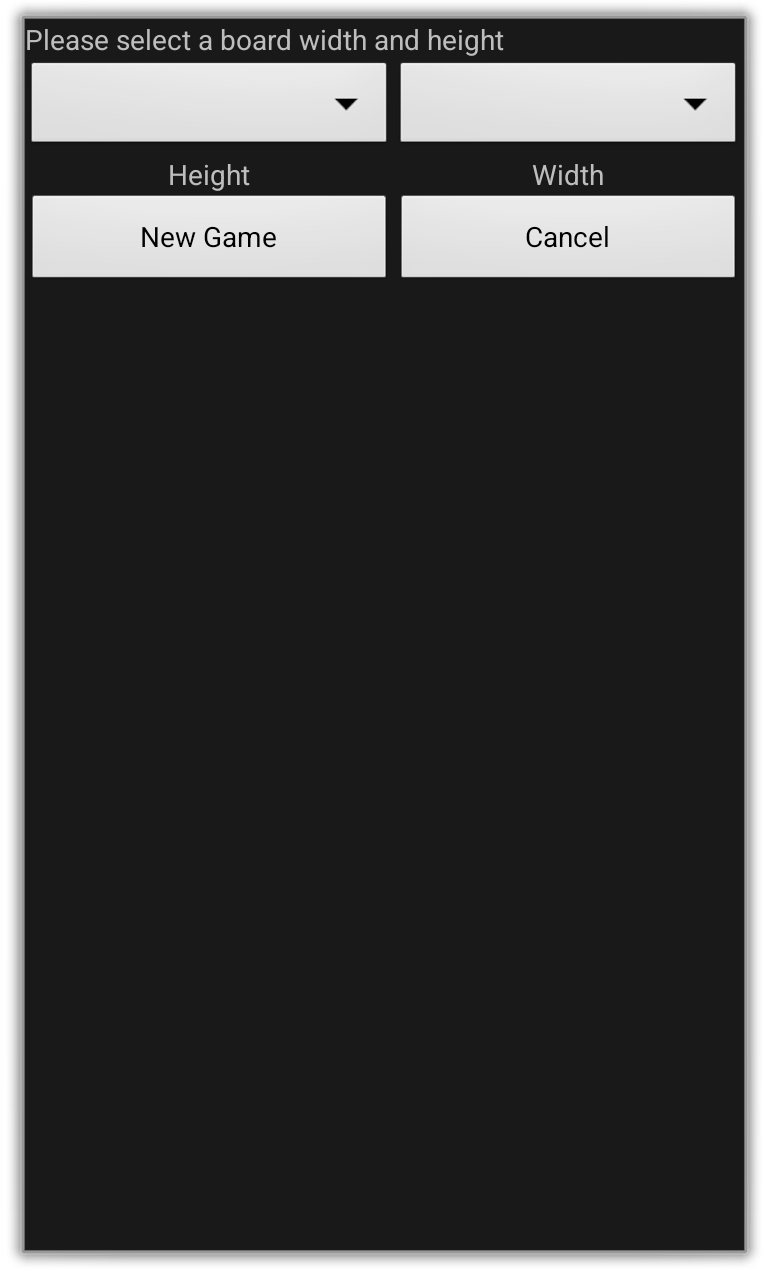
Repository: rickydalziel/project
Layout: Numbersorter/res/layout/new_game_dialog.xml
An editor plug-in stored every save of this project. The layout is shown before and after the next save, followed by the edit.
It is drawn on a 768 x 1280 px phone screen (xhdpi) without system bars, with theme android:Theme.Dialog; the app's code is not run.

Above is the layout before, as saved 2013-02-14 11:36:25.

### Numbersorter/res/layout/new_game_dialog.xml
<?xml version="1.0" encoding="utf-8"?>

<LinearLayout
     xmlns:android="http://schemas.android.com/apk/res/android"
	 android:orientation="vertical"
	 android:layout_width="fill_parent"
	 android:layout_height="fill_parent">

	 <TextView
	    android:id="@+id/newgametext"
	    android:layout_width="fill_parent"
	  	android:layout_height="wrap_content"
	  	android:text="@string/newgametext" />


	  <TableLayout
	        android:layout_height="wrap_content"
	        android:layout_width="wrap_content"
	        android:layout_gravity="center"
	        android:stretchColumns="*">

	        <TableRow>

				<Spinner
				    android:id="@+id/heightspinner"
				    android:layout_width="fill_parent"
				  	android:layout_height="wrap_content"
				  	android:drawSelectorOnTop="true" />

				<Spinner
				    android:id="@+id/widthspinner"
				    android:layout_width="fill_parent"
				  	android:layout_height="wrap_content"
				  	android:drawSelectorOnTop="true" />


	        </TableRow>

		    <TableRow>

		        <TextView
				    android:id="@+id/heighttext"
				    android:layout_width="fill_parent"
				  	android:layout_height="wrap_content"
				  	android:text="@string/height"
				  	android:layout_gravity="center" />

		        <TextView
				    android:id="@+id/widthtext"
				    android:layout_width="fill_parent"
				  	android:layout_height="wrap_content"
				  	android:text="@string/width"
				  	android:layout_gravity="center" />



		    </TableRow>


		    <TableRow>

		        <Button
		            android:id="@+id/start_new_game_button"
		            android:layout_width="fill_parent"
		            android:layout_height="fill_parent"
		            android:text="@string/new_game" />

		         <Button
		            android:id="@+id/cancel_button"
		            android:layout_width="fill_parent"
		            android:layout_height="fill_parent"
		            android:text="@string/cancel"  />



		    </TableRow>


		</TableLayout>

</LinearLayout>

### Numbersorter/res/values/strings.xml
<?xml version="1.0" encoding="utf-8"?>
<resources>

    <!-- Main menu strings -->

    <string name="app_name">Numbersorter</string>
    <string name="main_menu">Main Menu</string>
    <string name="menu_settings">Settings</string>
    <string name="title_activity_main">Number Sorter</string>
    <string name="new_game">New Game</string>
    <string name="continue_game">Continue</string>
    <string name="about">About</string>
    <string name="exit_game">Exit</string>

    <!-- About scree strings -->

    <string name="about_app">About Numbersorter</string>
    <string name="about_text">	    Numbersorter is a program written and desgned by Ricky Dalziel, for his 4th year honours project.
	    The aim of the game is to swipe a mxn grid of numbers into position so that they read from 1 - (m*n).
	</string>
    <string name="hello_world">Hello world!</string>
    <string name="title_activity_about">AboutActivity</string>

    <!-- New game dialog strings -->


    <string name = "newgametext">Please select a board width and height</string>
    <string name = "height">Height</string>
    <string name = "width">Width</string>
    <string name="cancel">Cancel</string>

    <!-- Array options for the dialog box -->

    <string-array name="size_array">
        <item>3</item>
        <item>4</item>
        <item>5</item>
        <item>6</item>
    </string-array>

</resources>

After the next save:
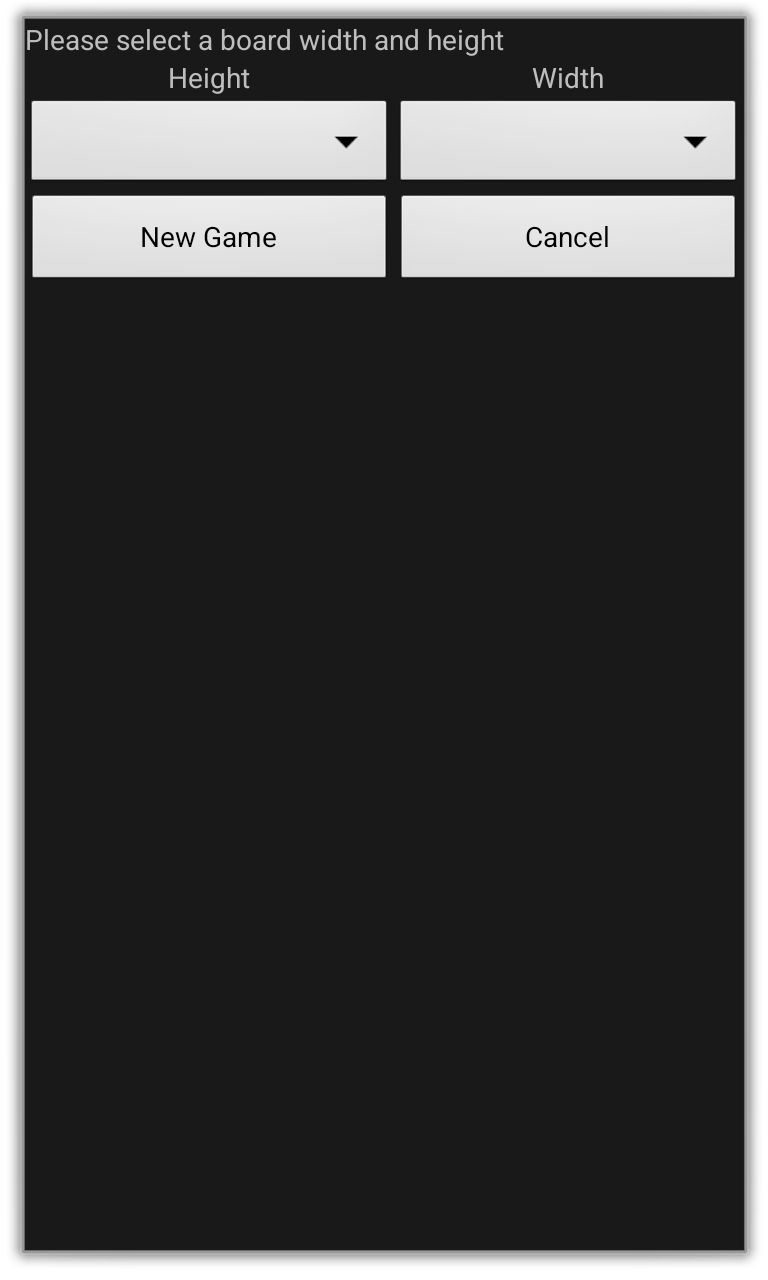
Saved 82 s later.
--- a/Numbersorter/res/layout/new_game_dialog.xml
+++ b/Numbersorter/res/layout/new_game_dialog.xml
@@ -19,24 +19,9 @@
 	        android:layout_gravity="center"
 	        android:stretchColumns="*">
 
-	        <TableRow>
-
-				<Spinner
-				    android:id="@+id/heightspinner"
-				    android:layout_width="fill_parent"
-				  	android:layout_height="wrap_content"
-				  	android:drawSelectorOnTop="true" />
-
-				<Spinner
-				    android:id="@+id/widthspinner"
-				    android:layout_width="fill_parent"
-				  	android:layout_height="wrap_content"
-				  	android:drawSelectorOnTop="true" />
 
 
-	        </TableRow>
-
-		    <TableRow>
+	      <TableRow>
 
 		        <TextView
 				    android:id="@+id/heighttext"
@@ -55,6 +40,29 @@
 
 
 		    </TableRow>
+
+	        <TableRow>
+
+
+
+				<Spinner
+				    android:paddingTop="10dp"
+				    android:id="@+id/heightspinner"
+				    android:layout_width="fill_parent"
+				  	android:layout_height="wrap_content"
+				  	android:drawSelectorOnTop="true" />
+
+				<Spinner
+				    android:paddingTop="10dp"
+				    android:id="@+id/widthspinner"
+				    android:layout_width="fill_parent"
+				  	android:layout_height="wrap_content"
+				  	android:drawSelectorOnTop="true" />
+
+
+	        </TableRow>
+
+
 
 
 		    <TableRow>
